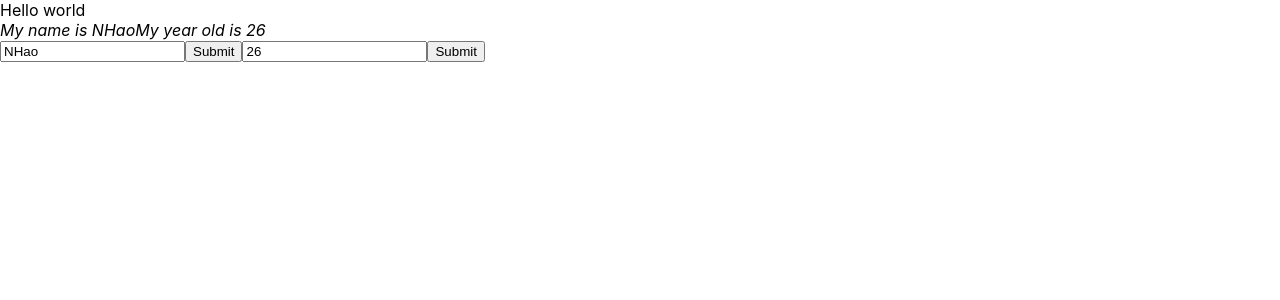
Repository: haonguyen09/reactProject
Page: /
The author's editor kept a copy of each file at every save. The page is drawn from the files as they stood at one save, then again after the next save.
The browser window is 1280 px wide. The pictures show the whole page.
The project was rebuilt for these pictures with package versions that can differ from the ones it lists, and the page was loaded fresh each time.

Above is the page before, as saved 2023-07-31 23:28:19.

After the next save:
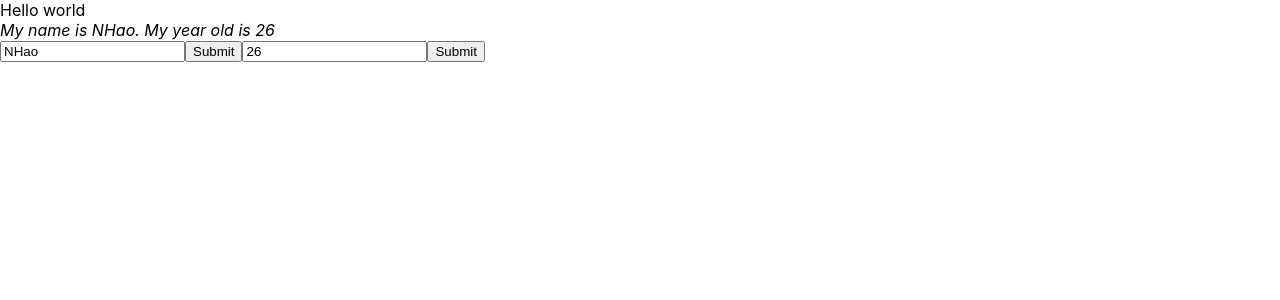
Saved 39 s later.
--- a/src/components/MyComponent.js
+++ b/src/components/MyComponent.js
@@ -36,7 +36,7 @@ class MyComponent extends React.Component {
         return (
             <div>
                 <em>
-                    My name is {this.state.name}
+                    My name is {this.state.name}.
                     My year old is {this.state.age}
                 </em>
                 <form onSubmit={(event) => this.handOnSubmit(event)}>
